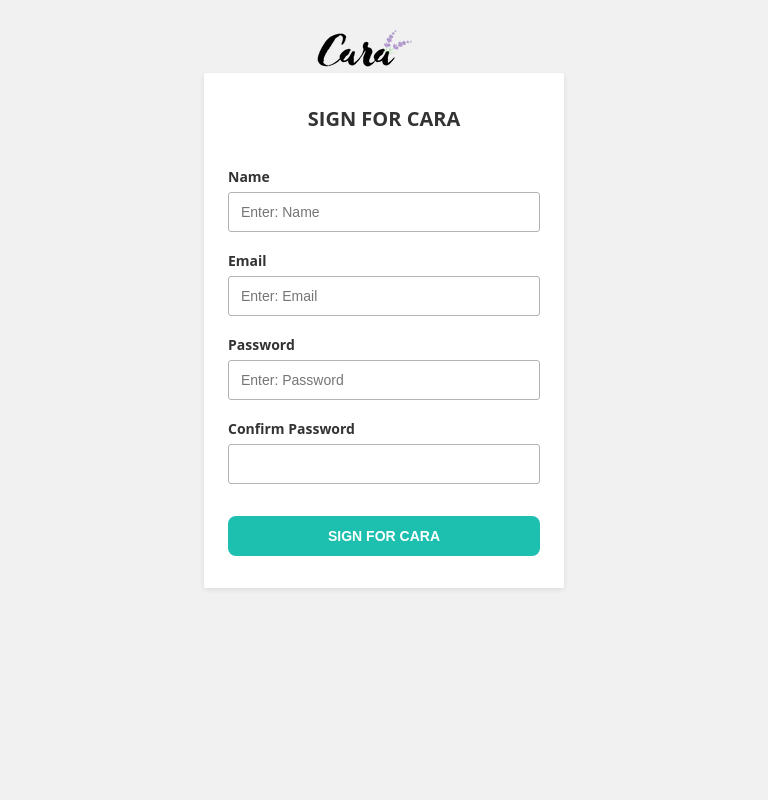
Repository: MinhNhatIT2901/Ecommerce
Page: sigin.html
These files come from the project's save history. The page is drawn as it stood at one moment and after the next save; the edit follows.
The browser window is 768 px wide. The pictures show the whole page.

Above is the page before, as saved 2022-01-12 17:12:19.

### sigin.html
<!DOCTYPE html>
<html lang="en">
<head>
    <meta charset="UTF-8">
    <meta http-equiv="X-UA-Compatible" content="IE=edge">
    <meta name="viewport" content="width=device-width, initial-scale=1.0">
    <link rel="stylesheet" href="./sigin/sigin.css">
    <title>Login for Cara</title>
</head>
<body>
    <div class="main">
        <div class="logo-img">
            <a href="index.html">
                <img src="./imgs/img/logo.png" alt="">
            </a>
        </div>
        <form action="" method="POST" class="form" id="form-1">
            <h3 class="heading">SIGN FOR CARA</h3>

            <div class="spacer"></div>

            <div class="form-group">
                <label for="fullname" class="form-label">Name</label>
                <input id="fullname" name="fullname" type="text" placeholder="Enter: Name" class="form-control">
                <span class="form-message"></span>
            </div>

            <div class="form-group">
                <label for="email" class="form-label">Email</label>
                <input id="email" name="email" type="text" placeholder="Enter: Email" class="form-control">
                <span class="form-message"></span>
            </div>

            <div class="form-group">
                <label for="password" class="form-label">Password</label>
                <input id="password" name="password" type="password" placeholder="Enter: Password" class="form-control">
                <span class="form-message"></span>
            </div>

            <div class="form-group">
                <label for="password_confirmation" class="form-label">Confirm Password</label>
                <input id="password_confirmation" name="password_confirmation" type="password" class="form-control">
                <span class="form-message"></span>
            </div>

            <button class="form-submit">SIGN FOR CARA</button>
        </form>

    </div>
</body>
    <script src="./sigin/sigin.js"></script>
    <script>
        Validator({
            form: '#form-1',
            errorSelector : '.form-message',
            formGroupSelector: '.form-group',
            rules: [
            Validator.isRequired ('#fullname'),
            Validator.isRequired('#email'),
            Validator.isEmail('#email'),
            Validator.minLength('#password', 6),
            Validator.isRequired('#password_confirmation'),
            Validator.isConfirmed('#password_confirmation', function () {
                return document.querySelector('#form-1 #password').value
            }, 'Re-entered password is incorrect'),
            ],
            onSubmit: function(data) {
                // Call API
                console.log(data)
            }
        })
    </script>
</html>

### sigin/sigin.css
* {
  padding: 0;
  margin: 0;
  box-sizing: border-box;
}
html {
  color: #333;
  font-size: 62.5%;
  font-family: "Open Sans", sans-serif;
}
.main {
  background: #f1f1f1;
  min-height: 100vh;
  display: flex;
  justify-content: center;
}

.logo-img {
  margin-top: 30px;
}

.form {
  width: 360px;
  min-height: 100px;
  padding: 32px 24px;
  text-align: center;
  background: #fff;
  border-radius: 2px;
  margin: 24px;
  align-self: center;
  box-shadow: 0 2px 5px 0 rgba(51, 62, 73, 0.1);
}
.form .heading {
  font-size: 2rem;
}
.form .desc {
  text-align: center;
  color: #636d77;
  font-size: 1.6rem;
  font-weight: lighter;
  line-height: 2.4rem;
  margin-top: 16px;
  font-weight: 300;
}

.form-group {
  display: flex;
  margin-bottom: 16px;
  flex-direction: column;
}

.form-label,
.form-message {
  text-align: left;
}

.form-label {
  font-weight: 700;
  padding-bottom: 6px;
  line-height: 1.8rem;
  font-size: 1.4rem;
}

.form-control {
  height: 40px;
  padding: 8px 12px;
  border: 1px solid #b3b3b3;
  border-radius: 3px;
  outline: none;
  font-size: 1.4rem;
}

.form-control:hover {
  border-color: #1dbfaf;
}

.form-group.invalid .form-control {
  border-color: #f33a58;
}

.form-group.invalid .form-message {
  color: #f33a58;
}

.form-message {
  font-size: 1.2rem;
  line-height: 1.6rem;
  padding: 4px 0 0;
}

.form-submit {
  outline: none;
  background-color: #1dbfaf;
  margin-top: 12px;
  padding: 12px 16px;
  font-weight: 600;
  color: #fff;
  border: none;
  width: 100%;
  font-size: 14px;
  border-radius: 8px;
  cursor: pointer;
}

.form-submit:hover {
  background-color: #1ac7b6;
}

.spacer {
  margin-top: 36px;
}

/* Reponsive */
@media (max-width: 799px) {
  .main {
    display: inline-block;
    text-align: center;
    width: 100%;
  }

  .form {
    margin: 0 auto;
  }
}

### sigin/sigin.js
function Validator(options) {
    function getParent(element, selector) {
        while (element.parentElement) {
            if (element.parentElement.matches(selector)) {
                return element.parentElement;
            }
            element = element.parentElement;
        }
    }

    var selectorRules = {};

    // Hàm thực hiện validate
    function validate(inputElement, rule) {
        var errorElement = getParent(inputElement, options.formGroupSelector).querySelector(options.errorSelector);
        var errorMessage;

        // Lấy ra các rules của selector
        var rules = selectorRules[rule.selector];

        // Lặp qua từng rule & kiểm tra
        // Nếu có lỗi thì dừng việc kiểm
        for (var i = 0; i < rules.length; ++i) {
            switch (inputElement.type) {
                case 'radio':
                case 'checkbox':
                    errorMessage = rules[i](
                        formElement.querySelector(rule.selector + ':checked')
                    );
                    break;
                default:
                    errorMessage = rules[i](inputElement.value);
            }
            if (errorMessage) break;
        }

        if (errorMessage) {
            errorElement.innerText = errorMessage;
            getParent(inputElement, options.formGroupSelector).classList.add('invalid');
        } else {
            errorElement.innerText = '';
            getParent(inputElement, options.formGroupSelector).classList.remove('invalid');
        }

        return !errorMessage;
    }

    // Lấy element của form cần validate
    var formElement = document.querySelector(options.form);
    if (formElement) {
        // Khi submit form
        formElement.onsubmit = function (e) {
            e.preventDefault();

            var isFormValid = true;

            // Lặp qua từng rules và validate
            options.rules.forEach(function (rule) {
                var inputElement = formElement.querySelector(rule.selector);
                var isValid = validate(inputElement, rule);
                if (!isValid) {
                    isFormValid = false;
                }
            });

            if (isFormValid) {
                // Trường hợp submit với javascript
                if (typeof options.onSubmit === 'function') {
                    var enableInputs = formElement.querySelectorAll('[name]');
                    var formValues = Array.from(enableInputs).reduce(function (values, input) {

                        switch(input.type) {
                            case 'radio':
                                values[input.name] = formElement.querySelector('input[name="' + input.name + '"]:checked').value;
                                break;
                            case 'checkbox':
                                if (!input.matches(':checked')) {
                                    values[input.name] = '';
                                    return values;
                                }
                                if (!Array.isArray(values[input.name])) {
                                    values[input.name] = [];
                                }
                                values[input.name].push(input.value);
                                break;
                            case 'file':
                                values[input.name] = input.files;
                                break;
                            default:
                                values[input.name] = input.value;
                        }

                        return values;
                    }, {});
                    options.onSubmit(formValues);
                }
                // Trường hợp submit với hành vi mặc định
                else {
                    formElement.submit();
                }
            }
        }

        // Lặp qua mỗi rule và xử lý (lắng nghe sự kiện blur, input, ...)
        options.rules.forEach(function (rule) {

            // Lưu lại các rules cho mỗi input
            if (Array.isArray(selectorRules[rule.selector])) {
                selectorRules[rule.selector].push(rule.test);
            } else {
                selectorRules[rule.selector] = [rule.test];
            }

            var inputElements = formElement.querySelectorAll(rule.selector);

            Array.from(inputElements).forEach(function (inputElement) {
               // Xử lý trường hợp blur khỏi input
                inputElement.onblur = function () {
                    validate(inputElement, rule);
                }

                // Xử lý mỗi khi người dùng nhập vào input
                inputElement.oninput = function () {
                    var errorElement = getParent(inputElement, options.formGroupSelector).querySelector(options.errorSelector);
                    errorElement.innerText = '';
                    getParent(inputElement, options.formGroupSelector).classList.remove('invalid');
                }
            });
        });
    }

}



// Định nghĩa rules
// Nguyên tắc của các rules:
// 1. Khi có lỗi => Trả ra message lỗi
// 2. Khi hợp lệ => Không trả ra cái gì cả (undefined)
Validator.isRequired = function (selector, message) {
    return {
        selector: selector,
        test: function (value) {
            return value ? undefined :  message || 'Please enter this field'
        }
    };
}

Validator.isEmail = function (selector, message) {
    return {
        selector: selector,
        test: function (value) {
            var regex = /^\w+([\.-]?\w+)*@\w+([\.-]?\w+)*(\.\w{2,3})+$/;
            return regex.test(value) ? undefined :  message || 'This field must be email';
        }
    };
}

Validator.minLength = function (selector, min, message) {
    return {
        selector: selector,
        test: function (value) {
            return value.length >= min ? undefined :  message || `Please enter at least ${min} characters`;
        }
    };
}

Validator.isConfirmed = function (selector, getConfirmValue, message) {
    return {
        selector: selector,
        test: function (value) {
            return value === getConfirmValue() ? undefined : message || 'Input value is incorrect';
        }
    }
}

After the next save:
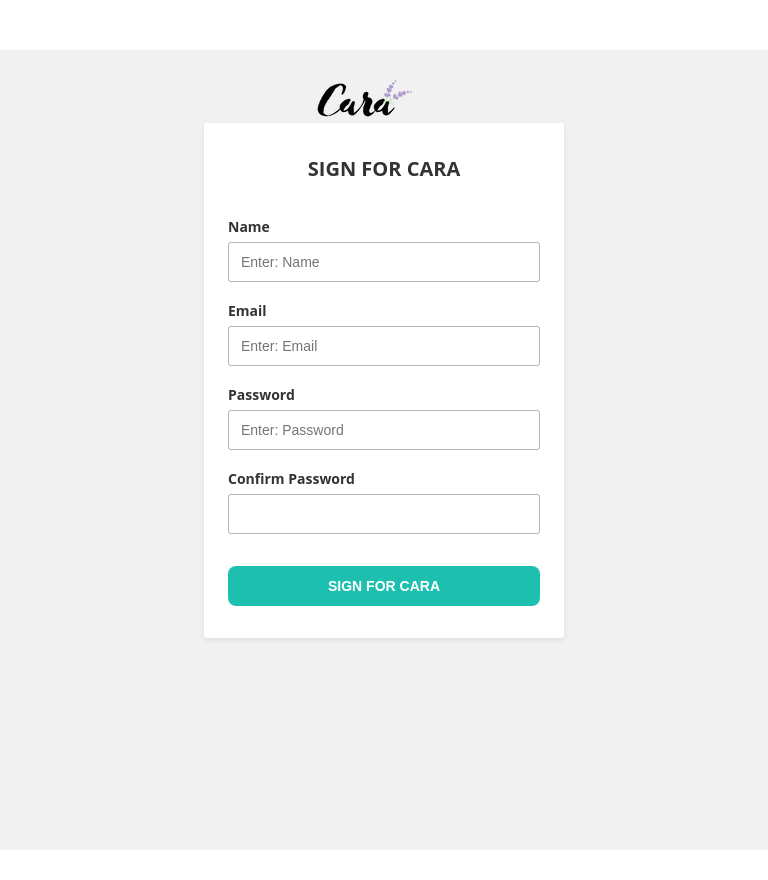
Saved 38 s later.
--- a/sigin/sigin.css
+++ b/sigin/sigin.css
@@ -116,6 +116,7 @@ html {
     display: inline-block;
     text-align: center;
     width: 100%;
+    margin: 50px 0 30px;
   }
 
   .form {
